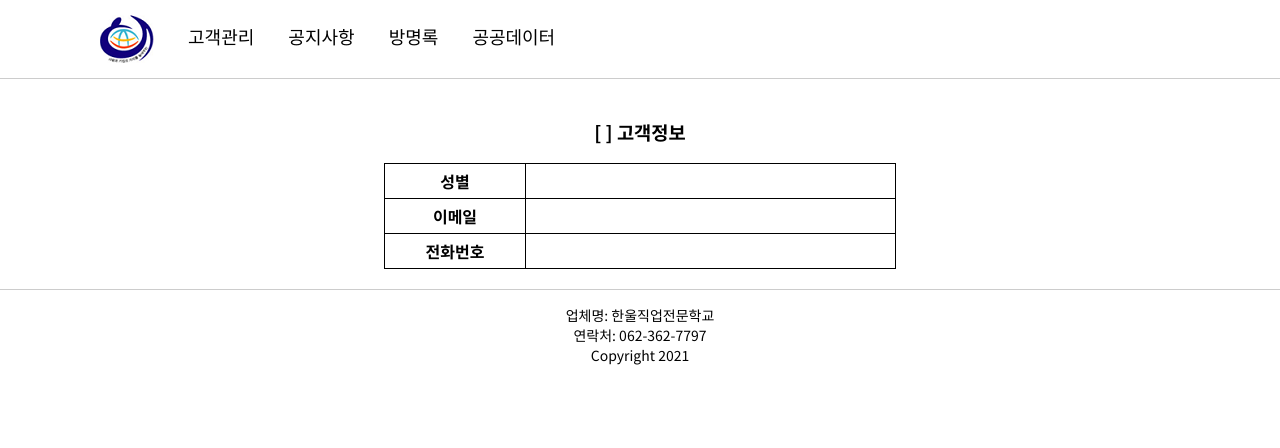
Repository: JSY93/spring-web
Page: http://localhost/iot/WEB-INF/views/customer/detail.jsp
These files come from the project's save history. The page is drawn as it stood at one moment and after the next save; the edit follows.
The browser window is 1280 px wide. The pictures show the whole page.
The page is served by Tomcat 9. Nobody is signed in. The template is opened directly, without the code that normally fills it, so the values that code supplies are empty.

Above is the page before, as saved 2021-01-12 06:35:09.

After the next save:
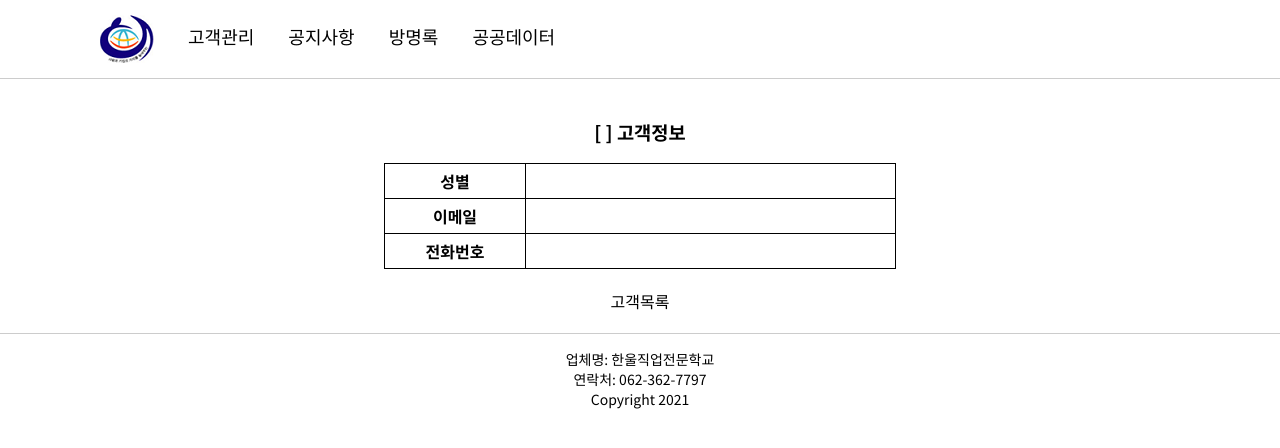
Saved 40 s later.
--- a/Study_Spring/iot/src/main/webapp/WEB-INF/views/customer/detail.jsp
+++ b/Study_Spring/iot/src/main/webapp/WEB-INF/views/customer/detail.jsp
@@ -20,8 +20,10 @@
 <tr><th>전화번호</th>
 	<td>${vo.phone}</td>
 </tr>
-
 </table>
+<div class='btnSet'>
+	<a>고객목록</a>
+</div>
 
 </div>
 
